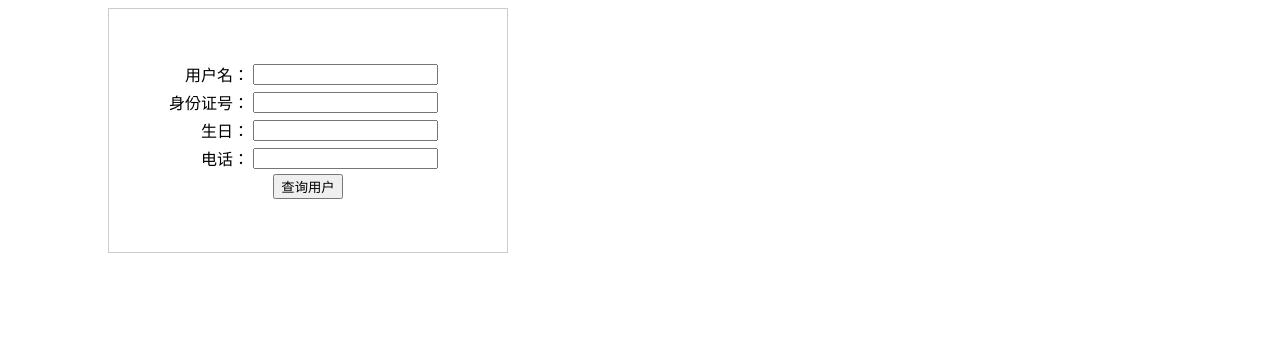
Repository: showmore/study
Page: http://localhost/MyWebProject/
An editor plug-in stored every save of this project. The page is shown before and after the next save, followed by the edit.
The browser window is 1280 px wide. The pictures show the whole page.
The page is served by Tomcat 9. Other server files are loaded and not shown.

Above is the page before, as saved 2018-12-23 10:33:16.

### MyWebProject/WebContent/index.jsp
<%@ page language="java" contentType="text/html; charset=UTF-8"
	pageEncoding="UTF-8"%>

<!DOCTYPE html>
<html>
<head>
<meta charset="UTF-8">
<title>MVC Test Index</title>
</head>
<body>
	<form action="<%=request.getContextPath()%>/query.udo">
		<table
			style="margin: 0 100px; padding: 50px; border: 1px #ccc solid; width: 400px;">
			<tr>
				<td style="text-align: right;">用户名：</td>
				<td style="text-align: left;"><input type="text"
					name="username" /></td>
			</tr>
			<tr>
				<td style="text-align: right;">身份证号：</td>
				<td style="text-align: left;"><input type="text"
					name="identity" /></td>
			</tr>
			<tr>
				<td style="text-align: right;">生日：</td>
				<td style="text-align: left;"><input type="text"
					name="birthday" /></td>
			</tr>
			<tr>
				<td style="text-align: right;">电话：</td>
				<td style="text-align: left;"><input type="text"
					name="phone" /></td>
			</tr>
			<tr>
				<td colspan=2 style="text-align: center;"><input type="submit"
					value="查询用户" /></td>
			</tr>

		</table>
	</form>



</body>
</html>

After the next save:
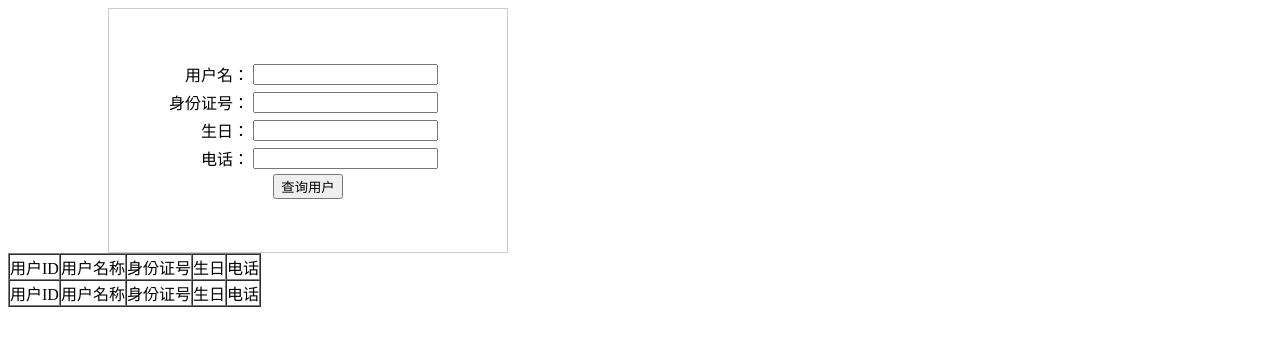
Saved 11 min 45 s later.
--- a/MyWebProject/WebContent/index.jsp
+++ b/MyWebProject/WebContent/index.jsp
@@ -39,6 +39,14 @@
 		</table>
 	</form>
 
+	<table border="1" cellpadding="0" cellspacing="0">
+		<tr>
+			<td>用户ID</td><td>用户名称</td><td>身份证号</td><td>生日</td><td>电话</td>
+		</tr>
+		<tr>
+			<td>用户ID</td><td>用户名称</td><td>身份证号</td><td>生日</td><td>电话</td>
+		</tr>
+	</table>
 
 
 </body>
